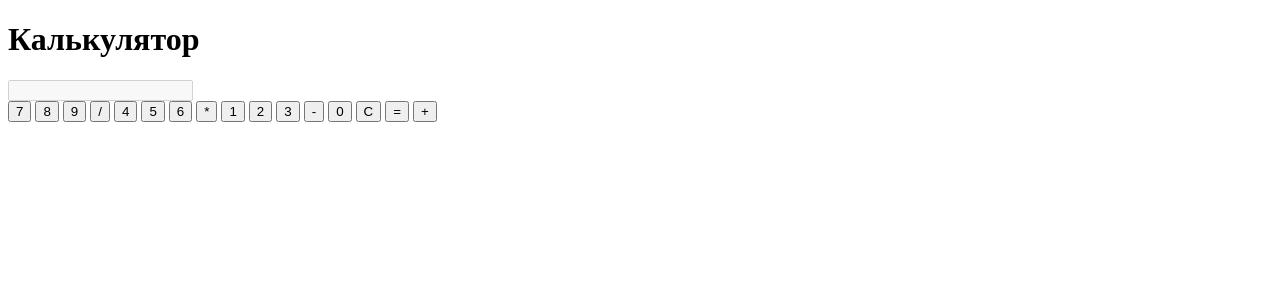
Repository: Burnmyheart/calculator
Page: index.html
The author's editor kept a copy of each file at every save. The page is drawn from the files as they stood at one save, then again after the next save.
The browser window is 1280 px wide. The pictures show the whole page.

Above is the page before, as saved 2025-04-28 18:39:57.

After the next save:
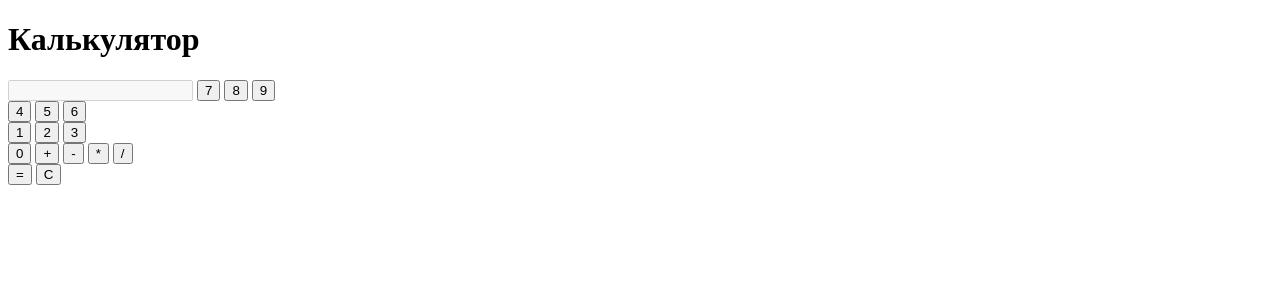
Saved 23 s later.
--- a/index.html
+++ b/index.html
@@ -9,26 +9,29 @@
     <h1>Калькулятор</h1>
     <input type="text" id="display" disabled />
 
-    <div class="buttons">
-      <button onclick="appendNumber('7')">7</button>
-      <button onclick="appendNumber('8')">8</button>
-      <button onclick="appendNumber('9')">9</button>
-      <button onclick="appendOperator('/')">/</button>
+    <button class="button" onclick="appendNumber('7')">7</button>
+    <button class="button" onclick="appendNumber('8')">8</button>
+    <button class="button" onclick="appendNumber('9')">9</button><br>
 
-      <button onclick="appendNumber('4')">4</button>
-      <button onclick="appendNumber('5')">5</button>
-      <button onclick="appendNumber('6')">6</button>
-      <button onclick="appendOperator('*')">*</button>
+    <button class="button" onclick="appendNumber('4')">4</button>
+    <button class="button" onclick="appendNumber('5')">5</button>
+    <button class="button" onclick="appendNumber('6')">6</button><br>
 
-      <button onclick="appendNumber('1')">1</button>
-      <button onclick="appendNumber('2')">2</button>
-      <button onclick="appendNumber('3')">3</button>
-      <button onclick="appendOperator('-')">-</button>
+    <button class="button" onclick="appendNumber('1')">1</button>
+    <button class="button" onclick="appendNumber('2')">2</button>
+    <button class="button" onclick="appendNumber('3')">3</button><br>
 
-      <button onclick="appendNumber('0')">0</button>
-      <button onclick="clearDisplay()">C</button>
-      <button onclick="calculate()">=</button>
-      <button onclick="appendOperator('+')">+</button>
-    </div>
+    <button class="button" onclick="appendNumber('0')">0</button>
+
+    <!-- Операции -->
+    <button class="button" onclick="appendOperator('+')">+</button>
+    <button class="button" onclick="appendOperator('-')">-</button>
+    <button class="button" onclick="appendOperator('*')">*</button>
+    <button class="button" onclick="appendOperator('/')">/</button><br>
+
+    <!-- Спец. кнопки -->
+    <button class="button" onclick="calculate()">=</button>
+    <button class="button" onclick="clearOutput()">C</button>
+  </div>
   </body>
 </html>
